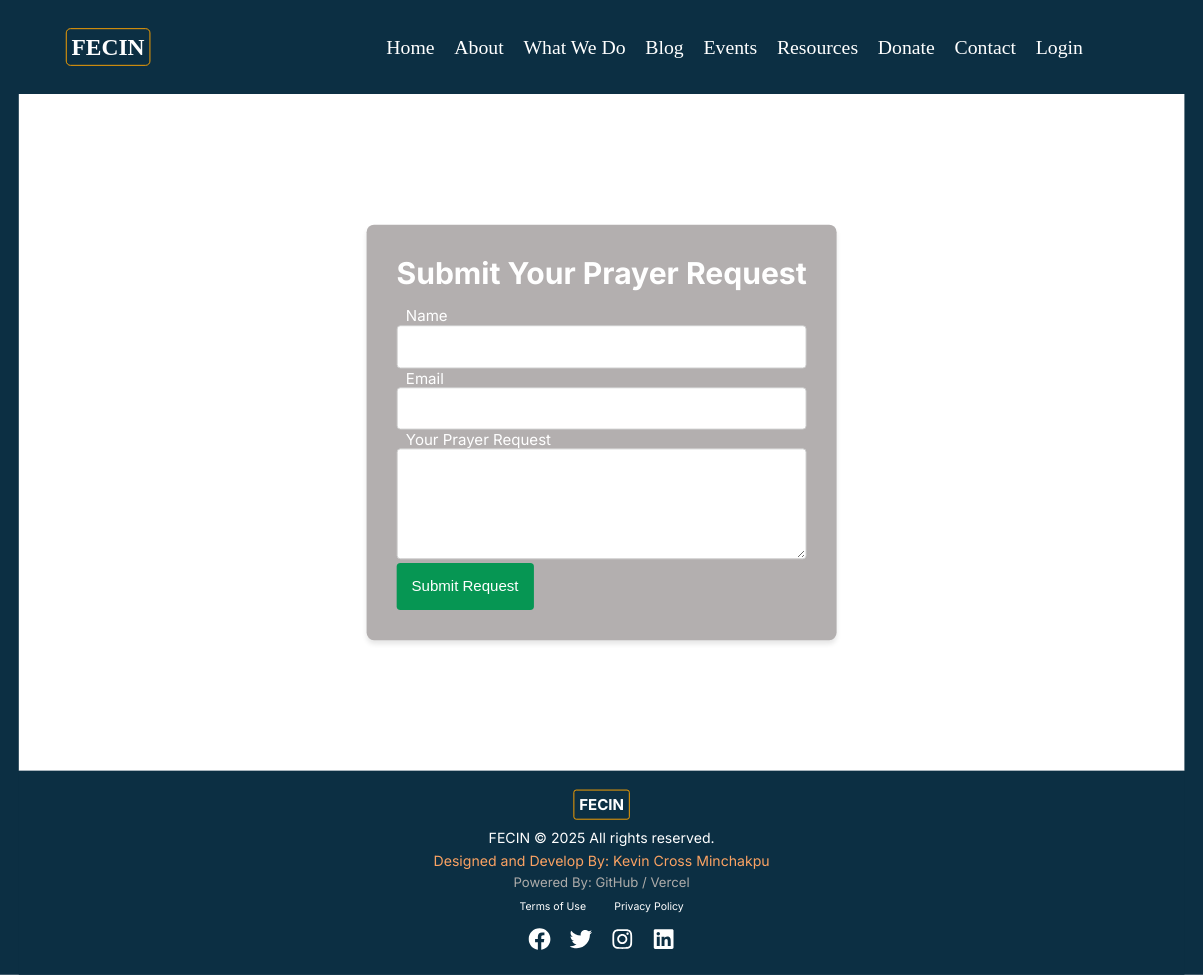
Repository: KCMinchakpu/fecin-projectgs497
Page: /prayers
These files come from the project's save history. The page is drawn as it stood at one moment and after the next save; the edit follows.
The browser window is 1280 px wide. The pictures show the whole page, at 94% of full size.
The page's requests for data from a server got no answer. The project was rebuilt for these pictures with package versions that can differ from the ones it lists, and the page was loaded fresh each time. The framework's server and built-in components were replaced by stand-ins that run in the browser. No one was signed in, and anything a server would have sent is missing. Also part of the build but not shown: next.config.mjs.

Above is the page before, as saved 2025-04-12 17:13:59.

### src/app/layout.js
"use client";

import { Inter } from "next/font/google";
import "./globals.css";
import Navbar from "@/components/navbar/Navbar";
import Footer from "@/components/footer/Footer";
import { SessionProvider } from "next-auth/react"; // Import SessionProvider

const inter = Inter({ subsets: ["latin"] });

export default function RootLayout({ children }) {
  return (
    <html lang="en">
      <body className={inter.className}>
        <SessionProvider>
          <div className="container">
            <Navbar />
            {children}
            <Footer />
          </div>
        </SessionProvider>
      </body>
    </html>
  );
}

### src/app/prayers/page.jsx
'use client';

import { useState } from 'react';
import styles from './prayers.module.css';

function SubmitPrayerRequest() {
  const [prayerRequest, setPrayerRequest] = useState({
    name: '',
    email: '',
    prayerRequest: ''
  });

  const handleChange = (e) => {
    const { name, value } = e.target;
    setPrayerRequest({ ...prayerRequest, [name]: value });
  };

  const handleSubmit = (e) => {
    e.preventDefault();
    // Handle form submission logic (e.g., sending data to a backend or MongoDB)
    console.log('Prayer Request Submitted:', prayerRequest);
  };

  return (
    <div className={styles.pageContainer}>
      <div className={styles.formContainer}>
        <h1>Submit Your Prayer Request</h1>
        <form onSubmit={handleSubmit}>
          <div>
            <label htmlFor="name" className={styles.label}>Name</label>
            <input
              type="text"
              id="name"
              name="name"
              value={prayerRequest.name}
              onChange={handleChange}
              className={styles.input}
              required
            />
          </div>

          <div>
            <label htmlFor="email" className={styles.label}>Email</label>
            <input
              type="email"
              id="email"
              name="email"
              value={prayerRequest.email}
              onChange={handleChange}
              className={styles.input}
              required
            />
          </div>

          <div>
            <label htmlFor="prayerRequest" className={styles.label}>Your Prayer Request</label>
            <textarea
              id="prayerRequest"
              name="prayerRequest"
              value={prayerRequest.prayerRequest}
              onChange={handleChange}
              className={`${styles.input} ${styles.textarea}`}
              rows="5"
              required
            />
          </div>

          <button type="submit" className={styles.submitButton}>Submit Request</button>
        </form>
      </div>
    </div>
  );
}

export default SubmitPrayerRequest;

### src/app/globals.css
:root {
    --bg: #0c2f43;
    --text: white;
    --bgSoft: #091f2c;
    --textSoft: rgb(237, 232, 232);
    --btn: #de3c21;
    --bgWhite: white;
    --textGray: #444444;
}

/* Box sizing rules */
* {
    box-sizing: border-box;
    margin:0;
    padding: 0;
  }

/* Set core body defaults */
body {
    background-color: var(--bgWhite);
    color: var(--text);
  }

a {
    color: inherit;
    text-decoration: none;
}

.container {
  background-color: var(--bg);
  width: 100%; /* Default for small screens */
  margin: auto;
  padding-left: 20px;
  padding-right: 20px;
  min-height: 120vh;
  display: flex;
  flex-direction: column;
  justify-content: space-between;
}

.callnana {
    background-color: var(--bgWhite);
    color: var(--textGray);
    padding: 20px;
    border-radius: 8px;
    box-shadow: 0 4px 8px rgba(0, 0, 0, 0.1);
    margin-bottom: 20px;
    width: 400px;
    height: 200px;
    align-items: center;
    justify-items: center;
}

### src/components/navbar/Navbar.jsx
import React from 'react';
import Link from 'next/link';
import Links from "./links/Links";
import styles from "./navbar.module.css";

const Navbar = () => {
  return (
    <div className={styles.container}>
      <Link href="/" className={styles.logo}>FECIN</Link>
      <div>
        <Links />
      </div>
    </div>
  );
};

export default Navbar;

### src/components/footer/Footer.jsx
import React from 'react';
import styles from './footer.module.css';
import { FaFacebook, FaTwitter, FaInstagram, FaLinkedin } from 'react-icons/fa';

const Footer = () => {
  return (
    <div className={styles.container}>
      <div className={styles.logo}>
        {/* You can add a logo image here if needed */}
        <h2>FECIN</h2>
      </div>
      <div>
        <p className={styles.text}>FECIN © 2025 All rights reserved.</p>
        <p className={styles.author}>
          <a href="https://www.linkedin.com/in/kevin-cross-minchakpu-7897379a" target="_blank">Designed and Develop By: Kevin Cross Minchakpu</a>
          </p>
        <p className={styles.company}>
          <a href="https://octatesystems.github.io/OSNigeria/">Powered By: GitHub / Vercel</a>
          </p>
      </div>
      <div className={styles.links}>
        <a href="/terms" className={styles.link}>Terms of Use</a>
        <a href="/privacy" className={styles.link}>Privacy Policy</a>
      </div>
      <div className={styles.socialIcons}>
        <a href="https://facebook.com" target="_blank" rel="noopener noreferrer" className={styles.icon}>
          <FaFacebook />
        </a>
        <a href="https://twitter.com" target="_blank" rel="noopener noreferrer" className={styles.icon}>
          <FaTwitter />
        </a>
        <a href="https://instagram.com" target="_blank" rel="noopener noreferrer" className={styles.icon}>
          <FaInstagram />
        </a>
        <a href="https://linkedin.com" target="_blank" rel="noopener noreferrer" className={styles.icon}>
          <FaLinkedin />
        </a>
      </div>
    </div>
  );
};

export default Footer;

### src/app/prayers/prayers.module.css
/* prayers.module.css */
.pageContainer {
    background-color: #ffffff;
    min-height: 100vh;
    display: flex;
    justify-content: center;
    align-items: center;
  }

  .formContainer {
    display: flex;
    flex-direction: column;
    gap: 1rem;
    max-width: 700px;
    margin: 0 auto;
    padding: 2rem;
    background-color: #b3afaf;
    border-radius: 8px;
    box-shadow: 0 4px 6px rgba(0, 0, 0, 0.1);
  }

  .label {
    font-size: 1rem;
    margin-bottom: 0.5rem;
    padding: 10px;
  }

  .input,
  .textarea {
    padding: 0.8rem;
    font-size: 1rem;
    border: 1px solid #ccc;
    border-radius: 4px;
    width: 100%;
  }

  .textarea {
    resize: vertical;
  }

  .submitButton {
    padding: 1rem;
    background-color: #069653;
    color: white;
    border: none;
    border-radius: 4px;
    font-size: 1rem;
    cursor: pointer;
    transition: background-color 0.3s;
  }

  .submitButton:hover {
    background-color: #0056b3;
  }

### src/components/navbar/links/Links.jsx
"use client";

import React, { useState } from "react";
import { useSession } from "next-auth/react";
import Image from 'next/image';
import NavLink from "../navLink/NavLink";
import styles from "./links.module.css";

const links = [
  { title: "Home", path: "/" },
  { title: "About", path: "/about" },
  { title: "What We Do", path: "/whatwedo" },
  { title: "Blog", path: "/blog" },
  { title: "Events", path: "/upcoming-events" },
  { title: "Resources", path: "/resources" },
  { title: "Donate", path: "/donate" },
    { title: "Contact", path: "/contact" },
  ];

const Links = () => {
  const [open, setOpen] = useState(false);
  const { data: session, status } = useSession();

  const isAdmin = session?.user?.role === "admin";

  return (
    <div className={styles.container}>
      <div className={styles.links}>
        {links.map((link) => (
          <NavLink item={link} key={link.title} />
        ))}

        {!session && status !== "loading" && (
          <NavLink item={{ title: "Login", path: "/login" }} />
        )}

        {session && isAdmin && (
          <NavLink item={{ title: "Admin", path: "/admin" }} />
        )}

        {session && (
          <form method="post" action="/api/auth/signout">
            <button className={styles.logout}>Logout</button>
          </form>
        )}
      </div>

      <Image
        className={styles.menuButton}
        src="/menu.png"
        alt="Hamburger menu"
        width={30}
        height={30}
        onClick={() => setOpen((prev) => !prev)}
      />

      {open && (
        <div className={styles.mobileLinks}>
          {links.map((link) => (
            <NavLink item={link} key={link.title} />
          ))}
        </div>
      )}
    </div>
  );
};

export default Links;

### src/components/navbar/navbar.module.css
.container {
    height: 100px;
    display: flex;
    align-items: center;
    justify-content: space-between;
}

.logo {
    font-size: 25px;
    font-weight: bold;
    font-family: "Play", serif;
    font-weight: 700;
    font-style: normal;
    border: 1.5px solid orange;
    padding: 5px;
    border-radius: 5px;
    margin-left: 50px;
}

### src/components/footer/footer.module.css
/* Footer Container */
.container {
    background-color: var(--bg);
    color: white;
    display: flex;
    flex-direction: column;
    align-items: center;
    justify-content: space-between;
    padding: 20px;
    text-align: center;
  }

  .logo h2 {
    font-size: 1rem;
    margin-bottom: 10px;
    border: 1px solid orange;
    padding: 5px;
    border-radius: 3px;
  }

  .text {
    margin-bottom: 5px;
    font-size: 15px;

  }
  .author {
    margin-bottom: 5px;
    font-size: 15px;
    color: rgb(250, 162, 99);
  }

  .company {
    margin-bottom: 5px;
    font-size: 14px;
    color: rgb(174, 172, 170);
  }

  .author:hover {
    text-decoration: underline;
  }

  .company:hover {
    text-decoration: underline;
  }

  .links {
    margin-bottom: 15px;
  }

  .link {
    color: white;
    margin: 0 15px;
    text-decoration: none;
    font-size: 0.7rem;
  }

  .link:hover {
    text-decoration: underline;
  }

  .socialIcons {
    display: flex;
    justify-content: center;
    gap: 20px;
  }

  .icon {
    font-size: 1.5rem;
    color: white;
    transition: color 0.3s ease;
  }

  .icon:hover {
    color: #0070f3;
  }


  @media (min-width: 768px) {
    .container {
      flex-direction: column;
      align-items: center;
      justify-content: space-around;
    }
  }

### src/components/navbar/navLink/navLink.jsx
"use client";

import React from "react";
import Link from "next/link";
import { usePathname } from "next/navigation";
import styles from "./navLink.module.css";

const NavLink = ({ item }) => {
  const pathName = usePathname();
  return (
    <Link
      href={item.path}
      className={`${styles.container} ${
        pathName === item.path ? styles.active : ""
      }`}
    >
      {item.title}
    </Link>
  );
};

export default NavLink;

### src/components/navbar/links/links.module.css
.links {
    display: flex;
    align-items: center;
    gap: 5px;
    font-family: "Play", serif;
    font-style: normal;
    margin-right: 100px;
    font-size: 21px;
}

.logout {
    padding: 5px;
    cursor: pointer;
    font-weight: bold;
    font-size: 15px;
}

.menuButton,
.mobileLinks {
   display: none;
  }

  @media (max-width: 480px){
    .links {
        display: none;
    }

    .menuButton {
        display: block;
        cursor: pointer;
      }

    .mobileLinks {
        position: absolute;
        top: 100px;
        right: 0;
        width: 50%;
        height: calc(100vh-100px);
        /*background-color: var(--bg);*/
       background-color: brown;
        display: flex;
        flex-direction: column;
        align-items: center;
        justify-content: center;
        gap: 10px;
      }
  }

### src/components/navbar/navLink/navLink.module.css
.container {
    padding: 8px;
    text-align: center;


}

.active {
    background-color: var(--text);
    color: var(--btn);
}

After the next save:
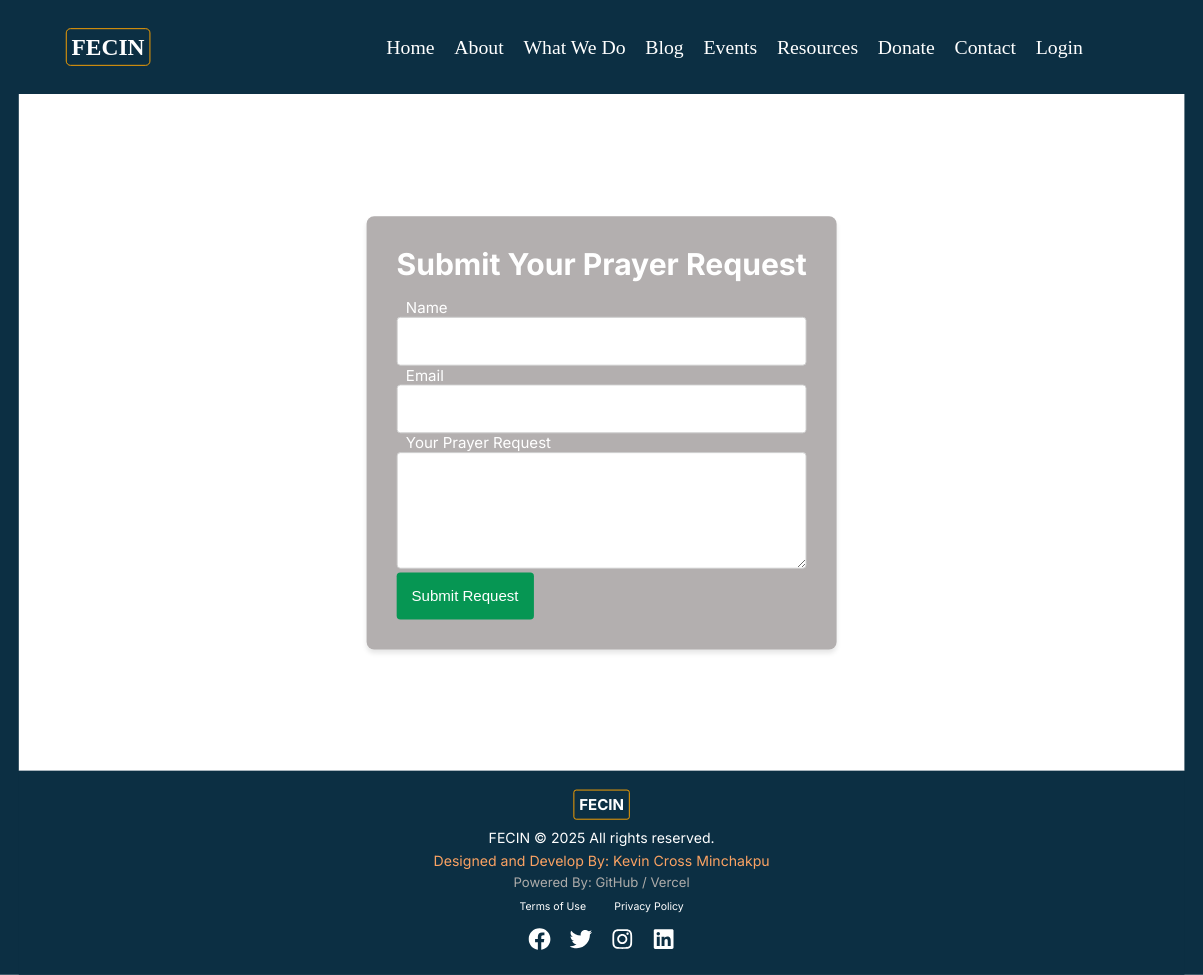
Saved 24 s later.
--- a/src/app/prayers/prayers.module.css
+++ b/src/app/prayers/prayers.module.css
@@ -27,7 +27,7 @@
 
   .input,
   .textarea {
-    padding: 0.8rem;
+    padding: 1rem;
     font-size: 1rem;
     border: 1px solid #ccc;
     border-radius: 4px;
